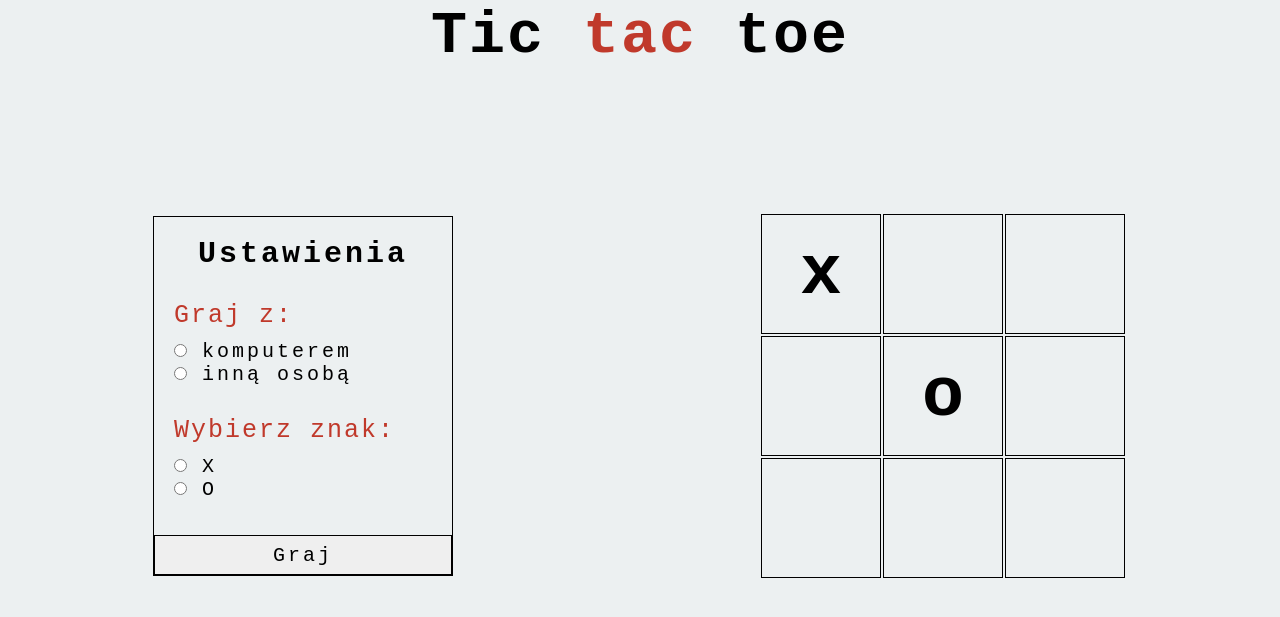
Repository: SebastianArmata22/Tic-Tac-Toe
Page: index.html
An editor plug-in stored every save of this project. The page is shown before and after the next save, followed by the edit.
The browser window is 1280 px wide. The pictures show the whole page.
Some web fonts or font styles are not loaded; a fallback is used.

Above is the page before, as saved 2020-11-04 11:53:16.

After the next save:
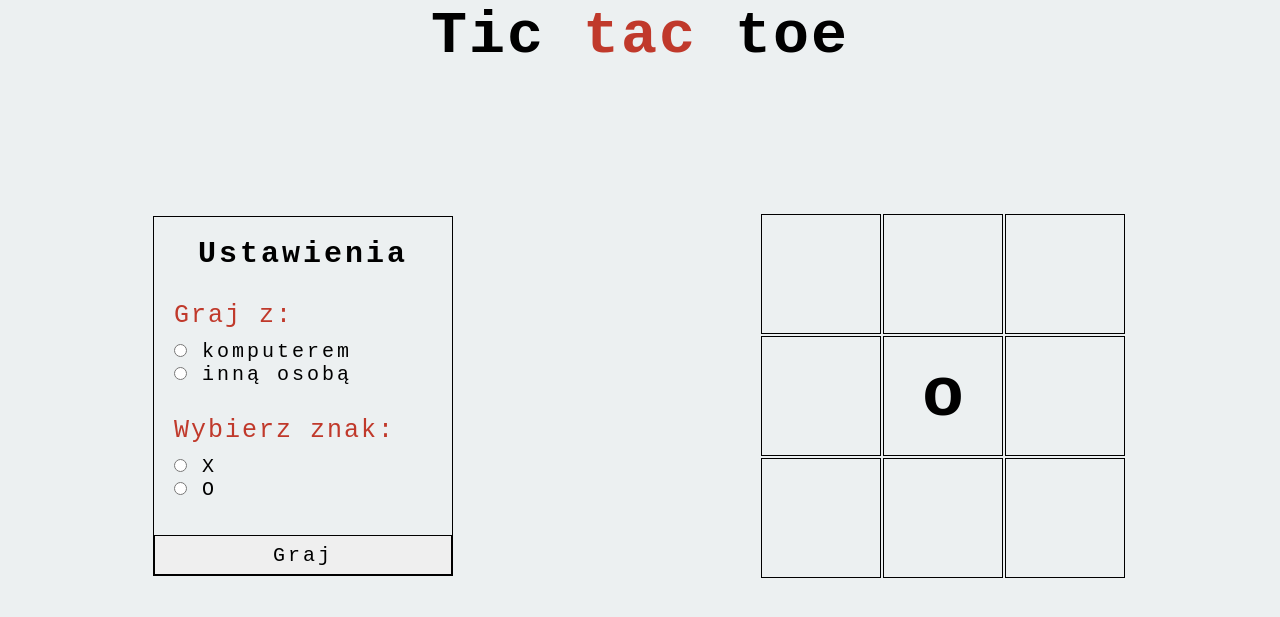
Saved 99 s later.
--- a/index.html
+++ b/index.html
@@ -31,7 +31,7 @@
             <div class="tic-tac-toe-div">
                 <table>
                     <tr>
-                        <th class="" id="1" onclick="choiceSquare(this)"><p>x</p></th>
+                        <th class="" id="1" onclick="choiceSquare(this)"><p></p></th>
                         <th id="2" onclick="choiceSquare(this)"><p></p></th>
                         <th id="3" onclick="choiceSquare(this)"><p></p></th>
                     </tr>
--- a/script.js
+++ b/script.js
@@ -3,7 +3,7 @@ const checkPlayer= document.getElementById("checkPlayer");
 const all_th = document.getElementsByTagName("th");
 const signX='x';
 const signO='o';
-let presentSign=signX;
+let presentSign;
 
 function start(){
     if(checkComputer.checked){
@@ -17,5 +17,5 @@ function choiceSquare(square){
 square.innerHTML=presentSign;
 }
 function gameWithPlayer(){
-
+presentSign=signX;
 }
